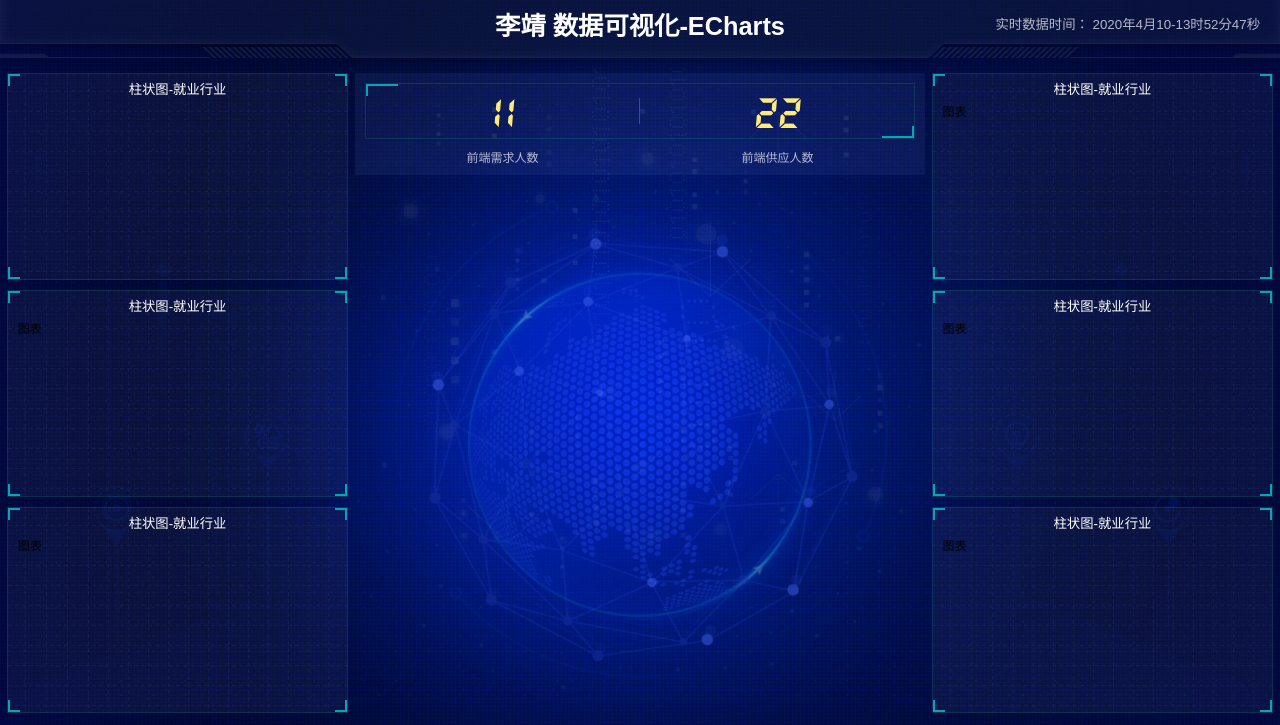
Repository: Jasonlee6789/ECharts
Page: Echarts/index.html
These files come from the project's save history. The page is drawn as it stood at one moment and after the next save; the edit follows.
The browser window is 1280 px wide. The pictures show the whole page.
The style sheet was rebuilt from its Sass, Less or Tailwind sources for each picture, by a compiler version that may differ from the author's.

Above is the page before, as saved 2020-05-21 17:27:11.
Console error: TypeError: Cannot read properties of null (reading 'getAttribute')

### Echarts/index.html
<!DOCTYPE html>
<html lang="en">

<head>
    <meta charset="UTF-8">
    <meta name="viewport" content="width=device-width, initial-scale=1.0">
    <title>ECharts-Jing</title>
    <link rel="stylesheet" href="css/index.css">

</head>

<body>
    <script src="js/flexible.js"></script>
    <script src="js/echarts.min.js"></script>
    <script src="js/index.js"></script>
    <header>
        <h1>李靖 数据可视化-ECharts</h1>
        <div class="showTime"></div>
        <script>
            var t = null;
            t = setTimeout(time, 1000); // start running time
            function time() {
                clearTimeout(t); //清除定时器
                dt = new Date();
                var y = dt.getFullYear();
                var mt = dt.getMonth() + 1;
                var day = dt.getDate();
                var h = dt.getHours();
                var m = dt.getMinutes();
                var s = dt.getSeconds();
                document.querySelector(".showTime").innerHTML = "实时数据时间： " + y + "年" + mt + "月" +
                    day + "-" + h + "时" + m + "分" + s + "秒";
                t = setTimeout(tme, 1000); //设置定时器，循环运行
            }
        </script>
    </header>
    <div class="mainbox">
        <div class="column">
            <div class="panel bar">
                <h2>柱状图-就业行业</h2>
                <div class="chart"></div>
                <div class="panel-footer"></div>
            </div>
            <div class="panel line">
                <h2>柱状图-就业行业</h2>
                <div class="chart">图表</div>
                <div class="panel-footer"></div>
            </div>
            <div class="panel pie">
                <h2>柱状图-就业行业</h2>
                <div class="chart">图表</div>
                <div class="panel-footer"></div>
            </div>
        </div>

        <div class="column">
            <!-- num模块制作 -->
            <div class="no">
                <div class="no-hd">
                    <ul>
                        <li>11</li>
                        <li>22</li>
                    </ul>
                </div>
                <div class="no-bd">
                    <ul>
                        <li>前端需求人数</li>
                        <li>前端供应人数</li>
                    </ul>
                </div>
            </div>
            <!-- 中国地图模块 -->
            <div class="map">
                <div class="map1"></div>
                <div class="map2"></div>
                <div class="map3"></div>
                <div class="chart"></div>
            </div>
        </div>

        <div class="column">
            <div class="panel bar">
                <h2>柱状图-就业行业</h2>
                <div class="chart">图表</div>
                <div class="panel-footer"></div>
            </div>
            <div class="panel line">
                <h2>柱状图-就业行业</h2>
                <div class="chart">图表</div>
                <div class="panel-footer"></div>
            </div>
            <div class="panel pie">
                <h2>柱状图-就业行业</h2>
                <div class="chart">图表</div>
                <div class="panel-footer"></div>
            </div>
        </div>
    </div>


</body>

</html>

### Echarts/js/flexible.js
(function flexible(window, document) {
    var docEl = document.documentElement;
    var dpr = window.devicePixelRatio || 1;

    // adjust body font size
    function setBodyFontSize() {
        if (document.body) {
            document.body.style.fontSize = 12 * dpr + "px";
        } else {
            document.addEventListener("DOMContentLoaded", setBodyFontSize);
        }
    }
    setBodyFontSize();

    // set 1rem = viewWidth / 10 （默认屏幕划分10等份 1920/24=80）
    function setRemUnit() {
        var rem = docEl.clientWidth / 24;
        docEl.style.fontSize = rem + "px";
    }

    setRemUnit();

    // reset rem unit on page resize
    window.addEventListener("resize", setRemUnit);
    window.addEventListener("pageshow", function (e) {
        if (e.persisted) {
            setRemUnit();
        }
    });

    // detect 0.5px supports
    if (dpr >= 2) {
        var fakeBody = document.createElement("body");
        var testElement = document.createElement("div");
        testElement.style.border = ".5px solid transparent";
        fakeBody.appendChild(testElement);
        docEl.appendChild(fakeBody);
        if (testElement.offsetHeight === 1) {
            docEl.classList.add("hairlines");
        }
        docEl.removeChild(fakeBody);
    }
})(window, document);

### Echarts/css/index.less
* {
    margin: 0;
    padding: 0;
    box-sizing: border-box;
}

li {
    list-style: none;
}

@font-face {
    font-family: electronicFont;
    src: url(../font/DS-DIGIT.TTF);
}

body {
    font-family: Arial, Helvetica, sans-serif;
    margin: 0;
    padding: 0;
    /*  背景图定位 / 背景图尺寸  cover 完全铺满容器  contain 完整显示在容器内 */
    background: url(../images/bg.jpg) no-repeat #000;
    background-size: cover;
    /* 行高是字体1.15倍 */
    line-height: 1.15;
}

header {
    position: relative;
    height: 1.25rem;
    background: url(../images/head_bg.png) no-repeat top center;
    background-size: 100% 100%;

    h1 {
        font-size: 0.475rem;
        color: #fff;
        text-align: center;
        line-height: 1rem;
    }

    .showTime {
        position: absolute;
        top: 0;
        right: 0.375rem;
        line-height: 0.9375rem;
        font-size: 0.25rem;
        color: rgba(255, 255, 255, 0.7);
    }
}

.mainbox {
    min-width: 1024px;
    max-width: 1920px;
    padding: 0.125rem 0.125rem 0;
    display: flex;

    .column {
        flex: 3;

        &:nth-child(2) {
            flex: 5;
            margin: 0 0.125rem 0.1875rem;
            overflow: hidden;
        }
    }
}

.panel {
    position: relative;
    height: 3.875rem;
    border: 1px solid rgba(25, 186, 139, 0.17);
    background: rgba(255, 255, 255, 0.04) url(../images/line\(1\).png);
    padding: 0 0.1875rem 0.5rem;
    margin-bottom: 0.1875rem;

    &::before {
        position: absolute;
        top: 0;
        left: 0;
        content: "";
        width: 10px;
        height: 10px;
        border-top: 2px solid #02a6b5;
        border-left: 2px solid #02a6b5;
    }

    &::after {
        position: absolute;
        top: 0;
        right: 0;
        content: "";
        width: 10px;
        height: 10px;
        border-top: 2px solid #02a6b5;
        border-right: 2px solid #02a6b5;
    }

    .panel-footer {
        position: absolute;
        left: 0;
        bottom: 0;
        width: 100%;

        &::before {
            position: absolute;
            bottom: 0;
            left: 0;
            content: "";
            width: 10px;
            height: 10px;
            border-bottom: 2px solid #02a6b5;
            border-left: 2px solid #02a6b5;
        }

        &::after {
            position: absolute;
            bottom: 0;
            right: 0;
            content: "";
            width: 10px;
            height: 10px;
            border-bottom: 2px solid #02a6b5;
            border-right: 2px solid #02a6b5;
        }
    }

    h2 {
        height: 0.6rem;
        line-height: 0.6rem;
        text-align: center;
        color: #fff;
        font-size: 0.25rem;
        font-weight: 400;

        a {
            margin: 0 0.1875rem;
            color: #fff;
            text-decoration: underline;
        }
    }

    .chart {
        height: 3rem;
    }
}

.no {
    background: rgba(101, 132, 226, 0.1);
    padding: 0.1875rem;

    .no-hd {
        position: relative;
        border: 1px solid rgba(25, 186, 139, 0.17);

        &::before {
            content: "";
            position: absolute;
            width: 30px;
            height: 10px;
            border-top: 2px solid #02a6b5;
            border-left: 2px solid #02a6b5;
            top: 0;
            left: 0;
        }

        &::after {
            content: "";
            position: absolute;
            width: 30px;
            height: 10px;
            border-bottom: 2px solid #02a6b5;
            border-right: 2px solid #02a6b5;
            right: 0;
            bottom: 0;
        }

        ul {
            display: flex;

            li {
                position: relative;
                flex: 1;
                text-align: center;
                height: 1rem;
                line-height: 1rem;
                font-size: 0.875rem;
                color: #ffeb7b;
                padding: 0.05rem 0;
                font-family: electronicFont;
                font-weight: bold;

                &:first-child::after {
                    content: "";
                    position: absolute;
                    height: 50%;
                    width: 1px;
                    background: rgba(255, 255, 255, 0.2);
                    right: 0;
                    top: 25%;
                }
            }
        }
    }

    .no-bd ul {
        display: flex;

        li {
            flex: 1;
            height: 0.5rem;
            line-height: 0.5rem;
            text-align: center;
            font-size: 0.225rem;
            color: rgba(255, 255, 255, 0.7);
            padding-top: 0.125rem;
        }
    }
}

.map {
    position: relative;
    height: 10.125rem;

    .chart {
        position: absolute;
        top: 0;
        left: 0;
        z-index: 5;
        height: 10.125rem;
        width: 100%;
    }

    .map1,
    .map2,
    .map3 {
        position: absolute;
        top: 50%;
        left: 50%;
        transform: translate(-50%, -50%);
        width: 6.475rem;
        height: 6.475rem;
        background: url(../images/map.png) no-repeat;
        background-size: 100% 100%;
        opacity: 0.3;
    }

    .map2 {
        width: 8.0375rem;
        height: 8.0375rem;
        background-image: url(../images/lbx.png);
        opacity: 0.6;
        animation: rotate 15s linear infinite;
        z-index: 2;
    }

    .map3 {
        width: 7.075rem;
        height: 7.075rem;
        background-image: url(../images/jt.png);
        animation: rotate1 10s linear infinite;
    }

    @keyframes rotate {
        from {
            transform: translate(-50%, -50%) rotate(0deg);
        }

        to {
            transform: translate(-50%, -50%) rotate(360deg);
        }
    }

    @keyframes rotate1 {
        from {
            transform: translate(-50%, -50%) rotate(0deg);
        }

        to {
            transform: translate(-50%, -50%) rotate(-360deg);
        }
    }
}

@media screen and (max-width: 1024px) {
    html {
        font-size: 42px !important;
    }
}

@media screen and (min-width: 1920) {
    html {
        font-size: 80px !important;
    }
}

Loaded but not shown: Echarts/反余切/js/echarts.min.js (library); Echarts/js/index.js (771 lines, source omitted)

After the next save:
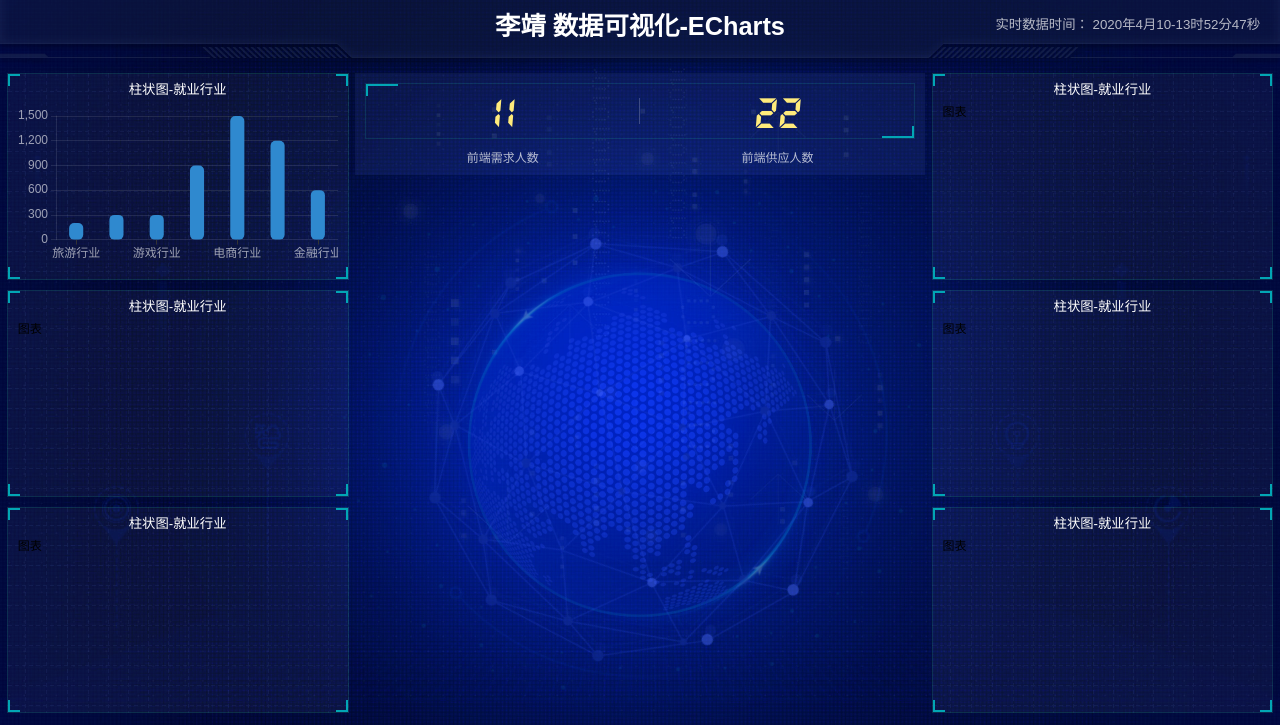
Console error: ReferenceError: $ is not defined
Saved 78 s later.
--- a/Echarts/index.html
+++ b/Echarts/index.html
@@ -10,9 +10,7 @@
 </head>
 
 <body>
-    <script src="js/flexible.js"></script>
-    <script src="js/echarts.min.js"></script>
-    <script src="js/index.js"></script>
+
     <header>
         <h1>李靖 数据可视化-ECharts</h1>
         <div class="showTime"></div>
@@ -97,6 +95,9 @@
         </div>
     </div>
 
+    <script src="js/flexible.js"></script>
+    <script src="js/echarts.min.js"></script>
+    <script src="js/index.js"></script>
 
 </body>
 
